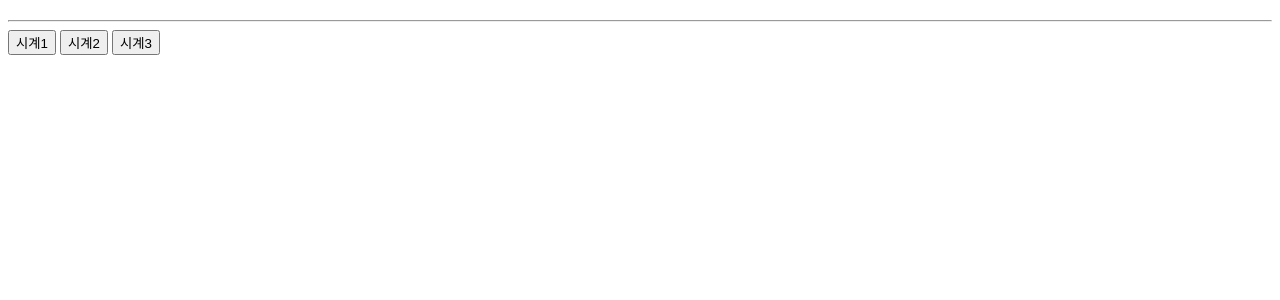
Repository: shinsil0601/webstudy
Page: 03_JavaScript/src/main/webapp/day02/ex12_event.html
The author's editor kept a copy of each file at every save. The page is drawn from the files as they stood at one save, then again after a run of saves.
The browser window is 1280 px wide. The pictures show the whole page.
After loading, the first visible `button[onclick="test2()"]` was clicked once.

Above is the page before, as saved 2023-06-28 05:40:41.

After the next 2 saves:
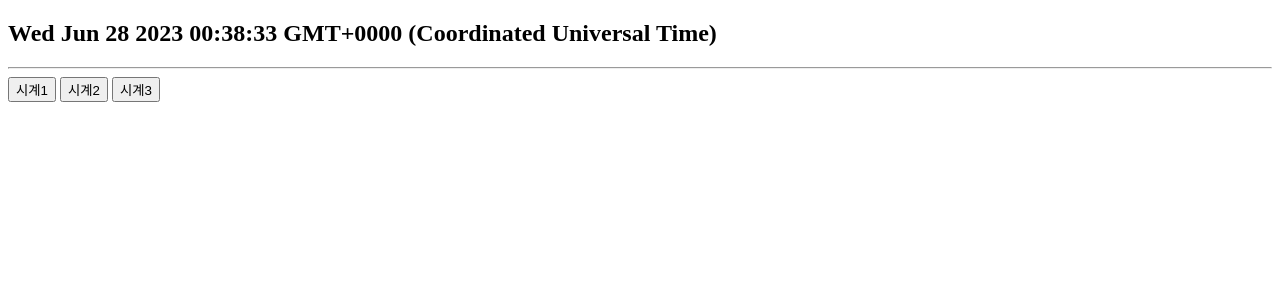
The 2 saves are shown as one change because they came seconds apart.
The last was saved 62 s later.
--- a/03_JavaScript/src/main/webapp/day02/ex12_event.html
+++ b/03_JavaScript/src/main/webapp/day02/ex12_event.html
@@ -11,6 +11,7 @@
 		document.getElementById("clock1").innerHTML = s;
 	}
 	function test2() {
+		document.getElementById("clock1").innerHTML = new Date();
 
 	}
 	function test3() {
